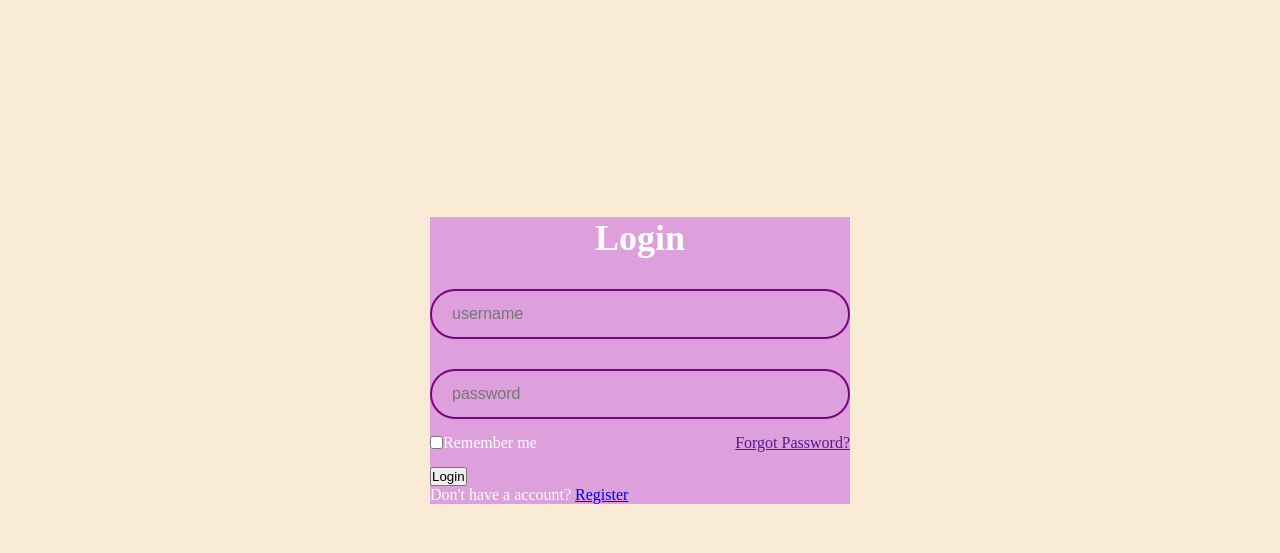
Repository: Kubraaygun/Html_Css_Login
Page: index.html
The author's editor kept a copy of each file at every save. The page is drawn from the files as they stood at one save, then again after the next save.
The browser window is 1280 px wide. The pictures show the whole page.

Above is the page before, as saved 2025-03-05 19:36:24.

### index.html
<!DOCTYPE html>
<html lang="en">
  <head>
    <meta charset="UTF-8" />
    <meta name="viewport" content="width=device-width, initial-scale=1.0" />
    <title>HTML</title>
    <link rel="stylesheet" href="style.css" />
    <link
      rel="stylesheet"
      href="https://fonts.googleapis.com/icon?family=Material+Icons"
    />
  </head>

  <body>
    <div class="container">
      <form action="">
        <!-- Baslik -->
        <h1 class="login">Login</h1>

        <!-- input alanimiz -->

        <!-- surname -->
        <div class="input-box">
          <input type="text" required placeholder="username" />
        </div>

        <!-- Password -->
        <div class="input-box">
          <input type="password" required placeholder="password" />
        </div>

        <!-- Remember me Alani -->
        <div class="remember-me">
          <label>
            <input class="checkbox" type="checkbox" />Remember
            <span>&nbsp;</span>me
          </label>
          <a href="">Forgot Password?</a>
        </div>

        <!-- Button -->
        <button type="submit" class="button">Login</button>

        <!-- Register Link -->
        <div class="register-link">
          <p>Don't have a account? <a href="#"> Register</a></p>
        </div>
      </form>
    </div>
  </body>
</html>

### style.css
* {
  margin: 0;
  padding: 0;
  box-sizing: border-box;
}

body {
  display: flex;
  justify-content: center;
  align-items: center;
  min-height: 100vh; /* vh: Tarayici penceresinin yuksekligine gore yuzde olarak boyut belirler. 1vh pencere yuksekliginin %1ine esittir */
  background-color: antiquewhite;
}

.container {
  width: 420px;
  background-color: plum;
  color: white;
}

.login {
  font-size: 36px;
  text-align: center;
}
.input-box {
  width: 100%;
  height: 50px;
  margin: 30px 0;
}

input {
  width: 100%;
  height: 100%;
  background-color: transparent;
  border: none;
  outline: none;
  border: 2px solid purple;
  border-radius: 30px;
  font-size: 16px;
  color: purple;
  padding: 20px;
}
input:hover {
  background-color: pink;
}

.remember-me {
  display: flex;
  align-items: center;
  justify-content: space-between;
  font-size: 16px;
  margin: -15px 0 15px;
}

label {
  display: flex;
  align-items: center;
}

After the next save:
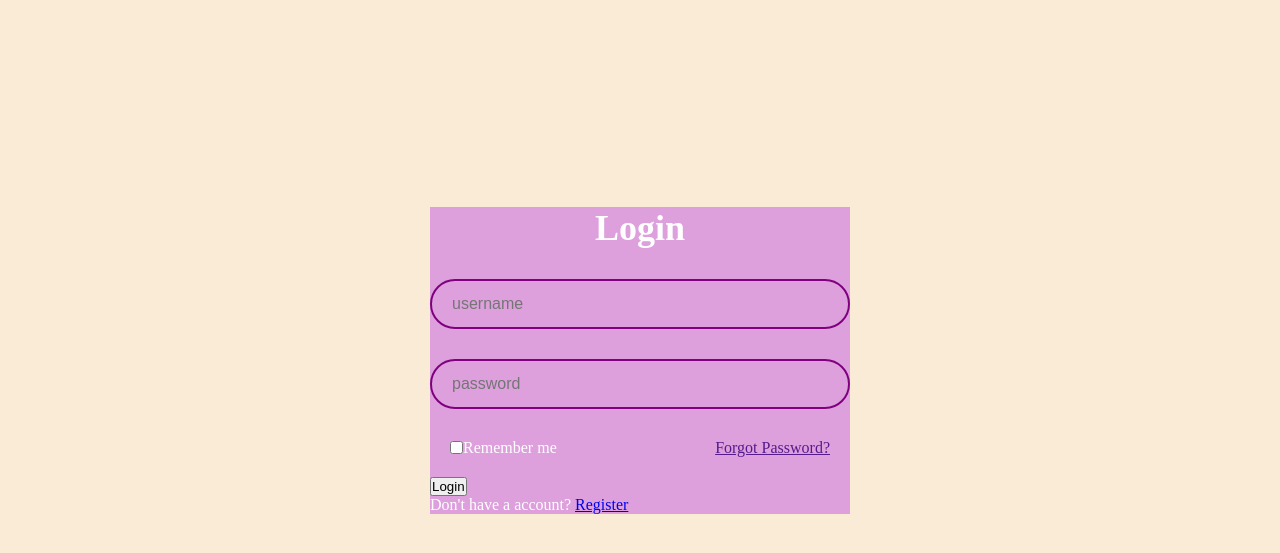
Saved 6 s later.
--- a/style.css
+++ b/style.css
@@ -49,7 +49,7 @@ input:hover {
   align-items: center;
   justify-content: space-between;
   font-size: 16px;
-  margin: -15px 0 15px;
+  margin: 20px;
 }
 
 label {
